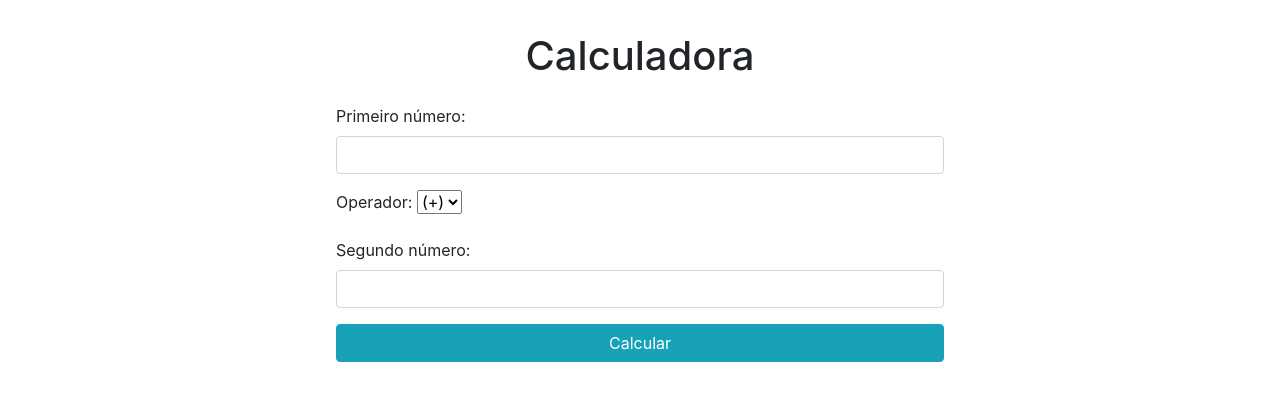
Repository: babirms/DAC
Page: Calculadora/WebContent/home.html
These files come from the project's save history. The page is drawn as it stood at one moment and after the next save; the edit follows.
The browser window is 1280 px wide. The pictures show the whole page.

Above is the page before, as saved 2020-09-20 23:08:22.
Console error (its wording comes from the project's code and is left out).

### Calculadora/WebContent/home.html
<!DOCTYPE html>
<html>
<head>
<meta charset="ISO-8859-1">
<title>Calculadora - Página Inicial</title>
<link href="bootstrap/css/bootstrap.min.css" rel="stylesheet"
	type="text/css" />
<script type="text/javascript" src="bootstrap/js/bootstrap.min.js"></script>
</head>
<body>
	<div class="d-flex flex-column align-items-center">
		<div class="container w-50 p-3">
			<h1 class="p-3 text-center">Calculadora</h1>
			<form action="CalculadoraServlet" method="get">
				<div class="form-group">
					<label for="primeiroNum">Primeiro número: </label> <input
						type="number" class="form-control" name="primeiroValue"
						id="primeiroNum ">
				</div>
				<div class="form-group">
					<label>Operador: </label> <select name="operacao">
						<option value="soma">(+)</option>
						<option value="sub">(-)</option>
						<option value="mul">(*)</option>
						<option value="div">(/)</option>
					</select>
				</div>
				<div class="form-group">
					<label for="segundoNum">Segundo número: </label> <input
						type="number" id="segundoNum" class="form-control"
						name="segundoValue">
				</div>
				<button class="btn btn-info btn-block" type="submit">Calcular</button>
			</form>
		</div>
	</div>

</body>
</html>

Loaded but not shown: Calculadora/WebContent/bootstrap/css/bootstrap.min.css (library); Calculadora/WebContent/bootstrap/js/bootstrap.min.js (library)

After the next save:
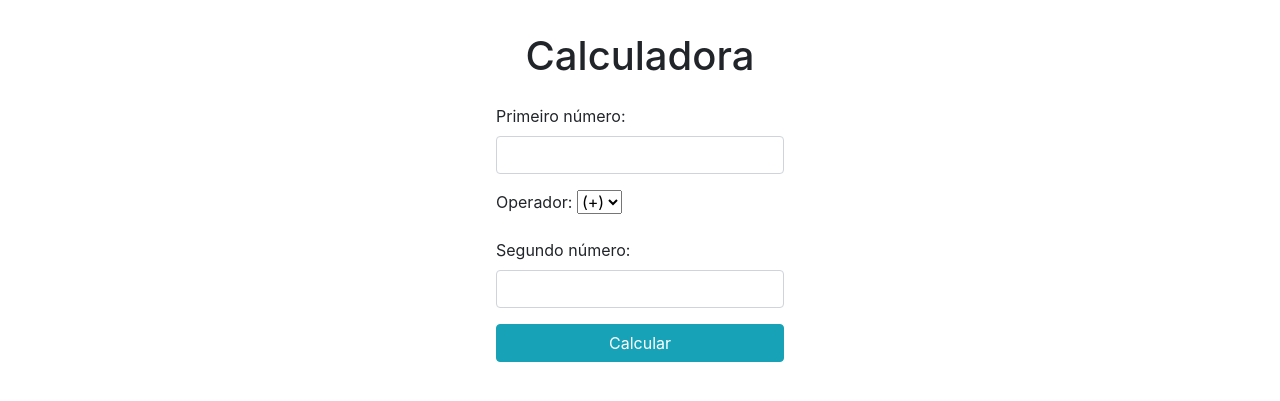
Saved 33 s later.
--- a/Calculadora/WebContent/home.html
+++ b/Calculadora/WebContent/home.html
@@ -9,7 +9,7 @@
 </head>
 <body>
 	<div class="d-flex flex-column align-items-center">
-		<div class="container w-50 p-3">
+		<div class="container w-25 p-3">
 			<h1 class="p-3 text-center">Calculadora</h1>
 			<form action="CalculadoraServlet" method="get">
 				<div class="form-group">

After the save that followed:
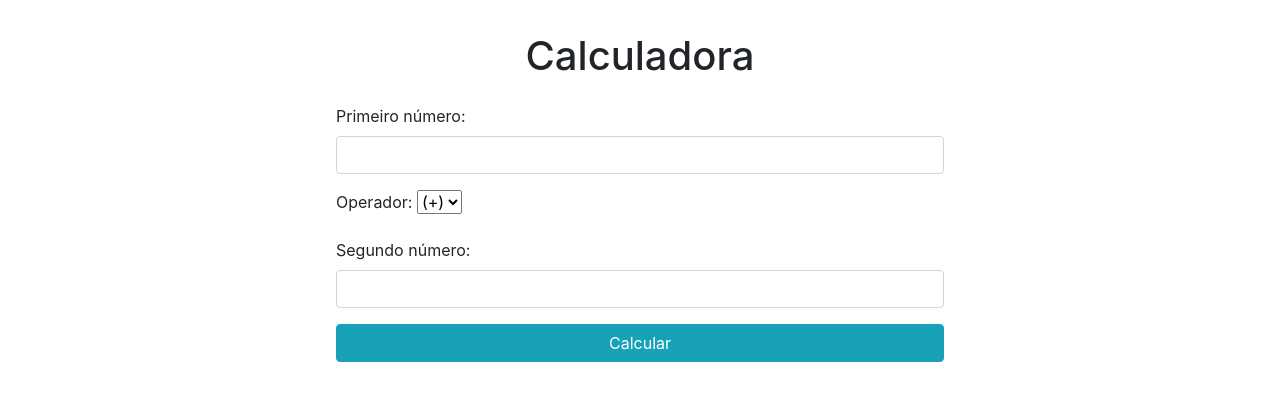
Saved 8 s later.
--- a/Calculadora/WebContent/home.html
+++ b/Calculadora/WebContent/home.html
@@ -9,7 +9,7 @@
 </head>
 <body>
 	<div class="d-flex flex-column align-items-center">
-		<div class="container w-25 p-3">
+		<div class="container w-50 p-3">
 			<h1 class="p-3 text-center">Calculadora</h1>
 			<form action="CalculadoraServlet" method="get">
 				<div class="form-group">
